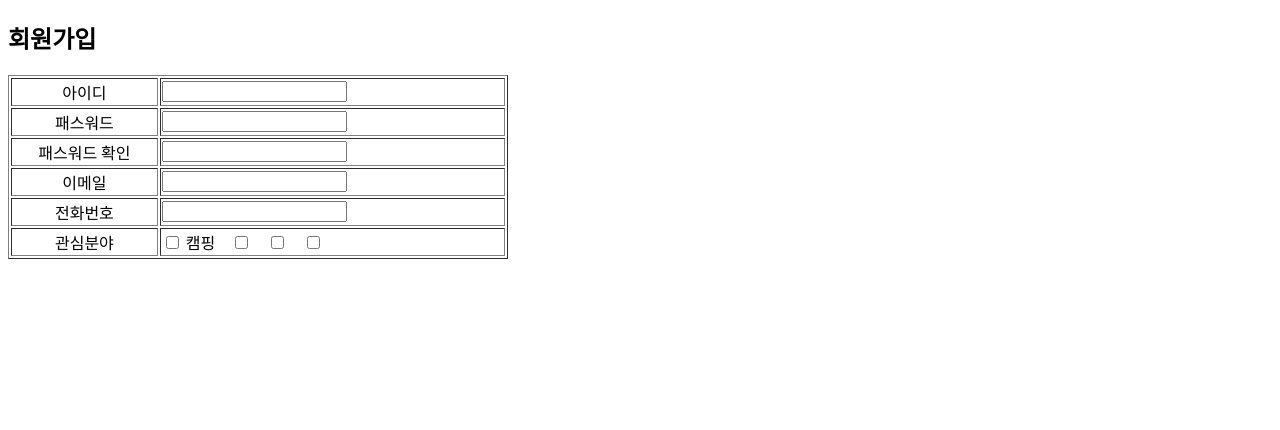
Repository: ohseung-web/OTjsp2026
Page: http://localhost/chapter/RequestJoin.jsp
An editor plug-in stored every save of this project. The page is shown before and after the next save, followed by the edit.
The browser window is 1280 px wide. The pictures show the whole page.
The page is served by Tomcat 9.

Above is the page before, as saved 2026-10-18 01:18:45.

### chapter/src/main/webapp/RequestJoin.jsp
<%@ page language="java" contentType="text/html; charset=UTF-8"
    pageEncoding="UTF-8"%>
<!DOCTYPE html>
<html>
<head>
<meta charset="UTF-8">
<title>Insert title here</title>
</head>
<body>
	<h2> 회원가입 </h2>
	<form action="RequestJoinProc.jsp" method="post">
		<table  width="500" border="1">
			<tr hight="50">
				<td width="150" align="center">아이디</td>
				<td width="350">
					<input type="text" name="id">
				</td>
			</tr>
			<tr hight="50">
				<td width="150" align="center">패스워드</td>
				<td width="350">
					<input type="password" name="pass">
				</td>
			</tr>
			<tr hight="50">
				<td width="150" align="center">패스워드 확인</td>
				<td width="350">
					<input type="password" name="passchk">
				</td>
			</tr>
			<tr hight="50">
				<td width="150" align="center">이메일</td>
				<td width="350">
					<input type="email" name="email">
				</td>
			</tr>
			<tr hight="50">
				<td width="150" align="center">전화번호</td>
				<td width="350">
					<input type="tel" name="tel">
				</td>
			</tr>
			<tr hight="50">
				<td width="150" align="center">관심분야</td>
				<td width="350">
					<input type="checkbox" name="hobby" value="캠핑" id="comping">
					<label for="comping">캠핑</label> &nbsp;&nbsp;
					<input type="checkbox" name="hobby" value="등산"> &nbsp;&nbsp;
					<input type="checkbox" name="hobby" value="영화"> &nbsp;&nbsp;
					<input type="checkbox" name="hobby" value="독서"> &nbsp;&nbsp;
				</td>
			</tr>

		</table>

	</form>
</body>
</html>

After the next save:
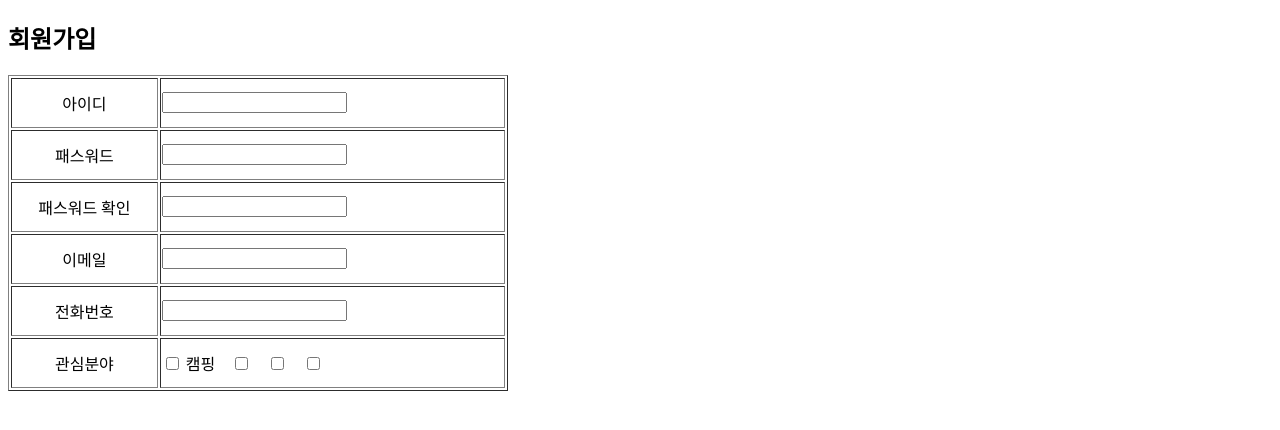
Saved 97 s later.
--- a/chapter/src/main/webapp/RequestJoin.jsp
+++ b/chapter/src/main/webapp/RequestJoin.jsp
@@ -10,37 +10,37 @@
 	<h2> 회원가입 </h2>
 	<form action="RequestJoinProc.jsp" method="post">
 		<table  width="500" border="1">
-			<tr hight="50">
+			<tr height="50">
 				<td width="150" align="center">아이디</td>
 				<td width="350">
 					<input type="text" name="id">
 				</td>
 			</tr>
-			<tr hight="50">
+			<tr height="50">
 				<td width="150" align="center">패스워드</td>
 				<td width="350">
 					<input type="password" name="pass">
 				</td>
 			</tr>
-			<tr hight="50">
+			<tr height="50">
 				<td width="150" align="center">패스워드 확인</td>
 				<td width="350">
 					<input type="password" name="passchk">
 				</td>
 			</tr>
-			<tr hight="50">
+			<tr height="50">
 				<td width="150" align="center">이메일</td>
 				<td width="350">
 					<input type="email" name="email">
 				</td>
 			</tr>
-			<tr hight="50">
+			<tr height="50">
 				<td width="150" align="center">전화번호</td>
 				<td width="350">
 					<input type="tel" name="tel">
 				</td>
 			</tr>
-			<tr hight="50">
+			<tr height="50">
 				<td width="150" align="center">관심분야</td>
 				<td width="350">
 					<input type="checkbox" name="hobby" value="캠핑" id="comping">
